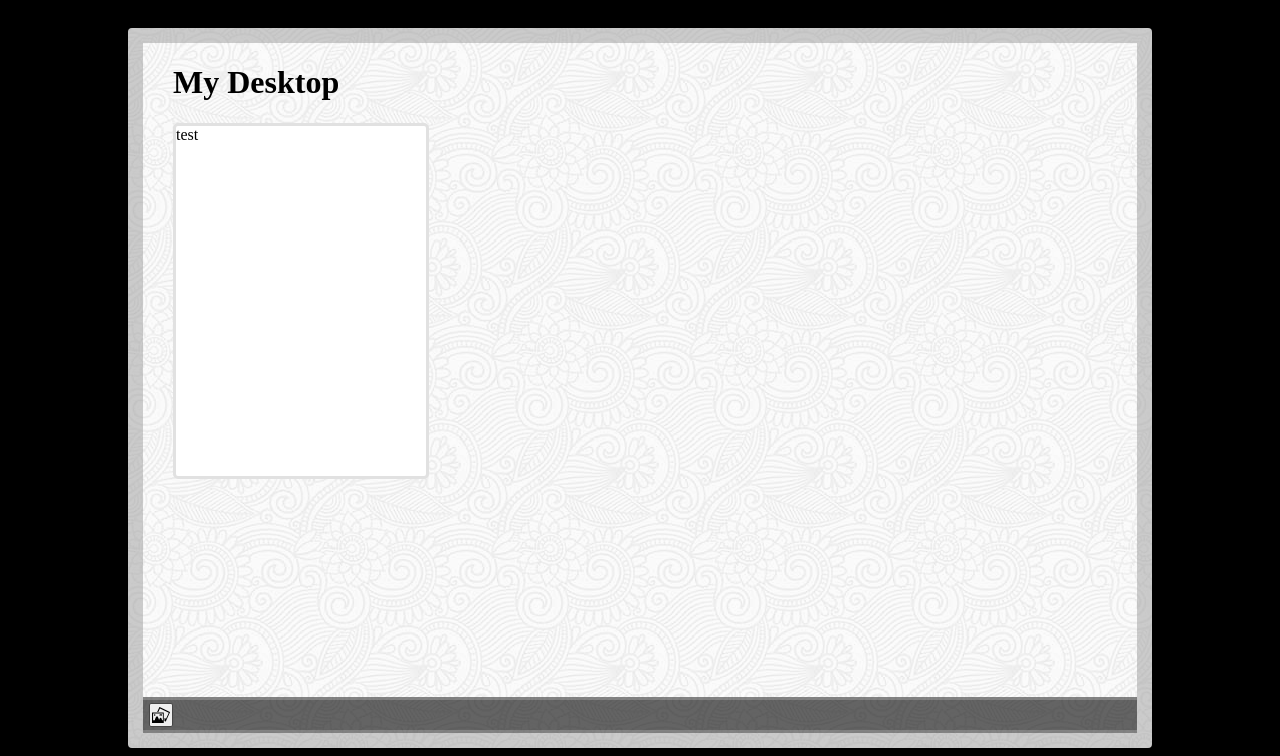
Repository: lw222gu/1dv403-laborationer
Page: 5-pwd/index.html
The author's editor kept a record of every edit. The page is drawn from the files as they stood at one moment, then again after the next edit.
The browser window is 1280 px wide. The pictures show the whole page.
After loading, the first visible `#photosbutton` was clicked once.
Some web fonts or font styles are not loaded; a fallback is used.

Above is the page before.

After the next edit:
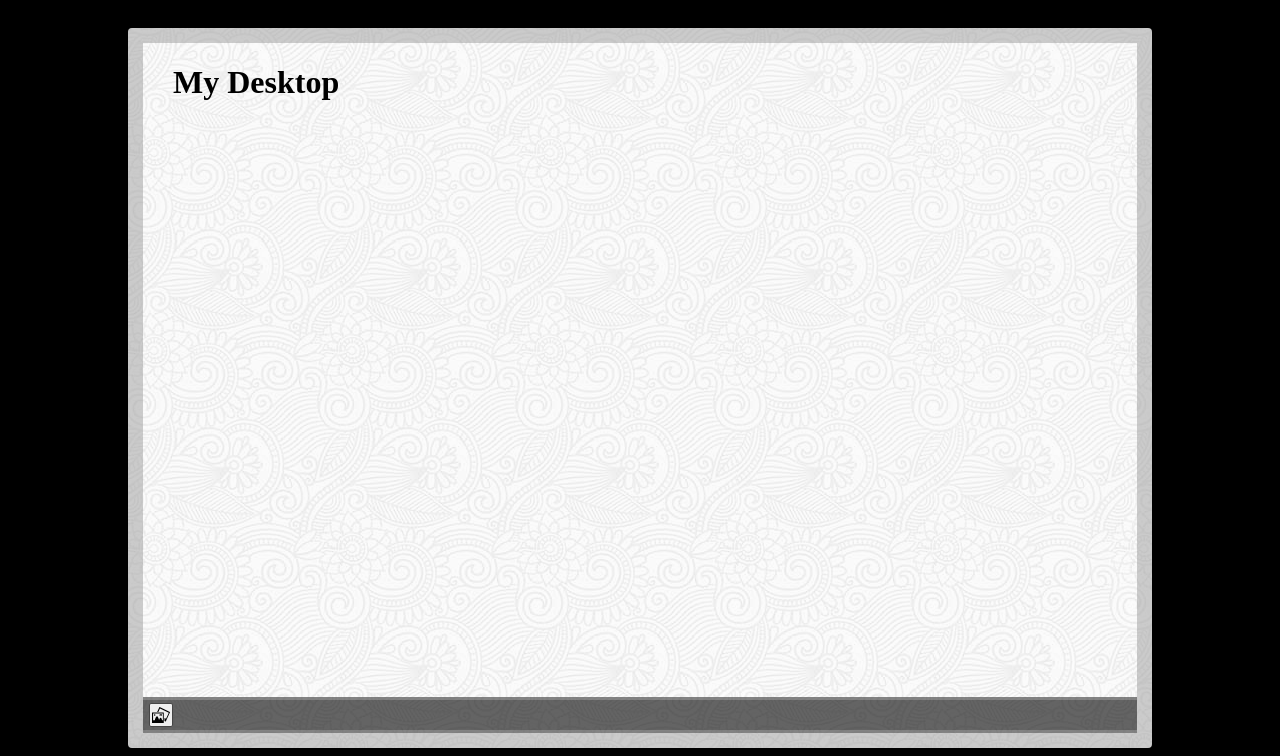
The edit:
--- a/5-pwd/script/main.js
+++ b/5-pwd/script/main.js
@@ -14,6 +14,10 @@
     },
 
     openWindow: function(){
+        if(MyDesktop.isWindowOpen === true){
+            return false;
+        }
+
         var divMain = document.getElementById("main");
         var photosWindow = document.createElement("div");
         photosWindow.className = "popupWindow";
